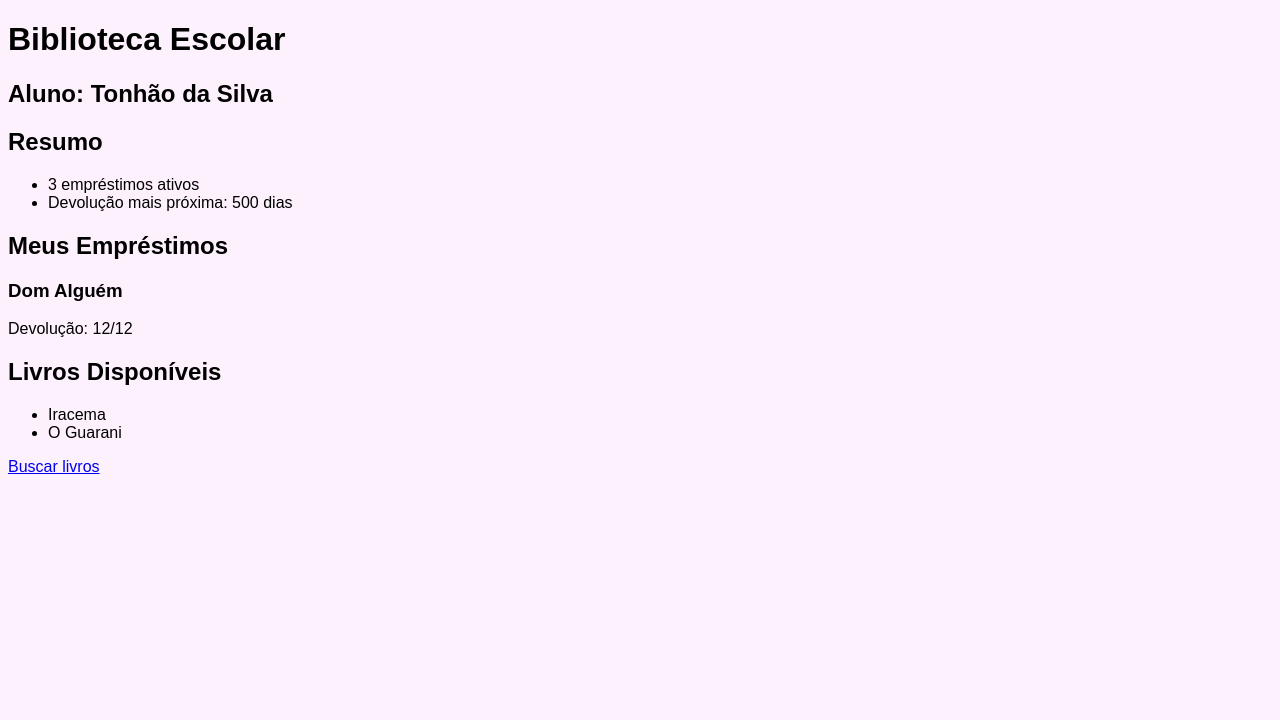
Repository: melloeduarda/html
Page: index.html
The author's editor kept a copy of each file at every save. The page is drawn from the files as they stood at one save, then again after a run of saves.
The browser window is 1280 px wide. The pictures show the whole page.

Above is the page before, as saved 2026-10-28 16:37:23.

After the next 2 saves:
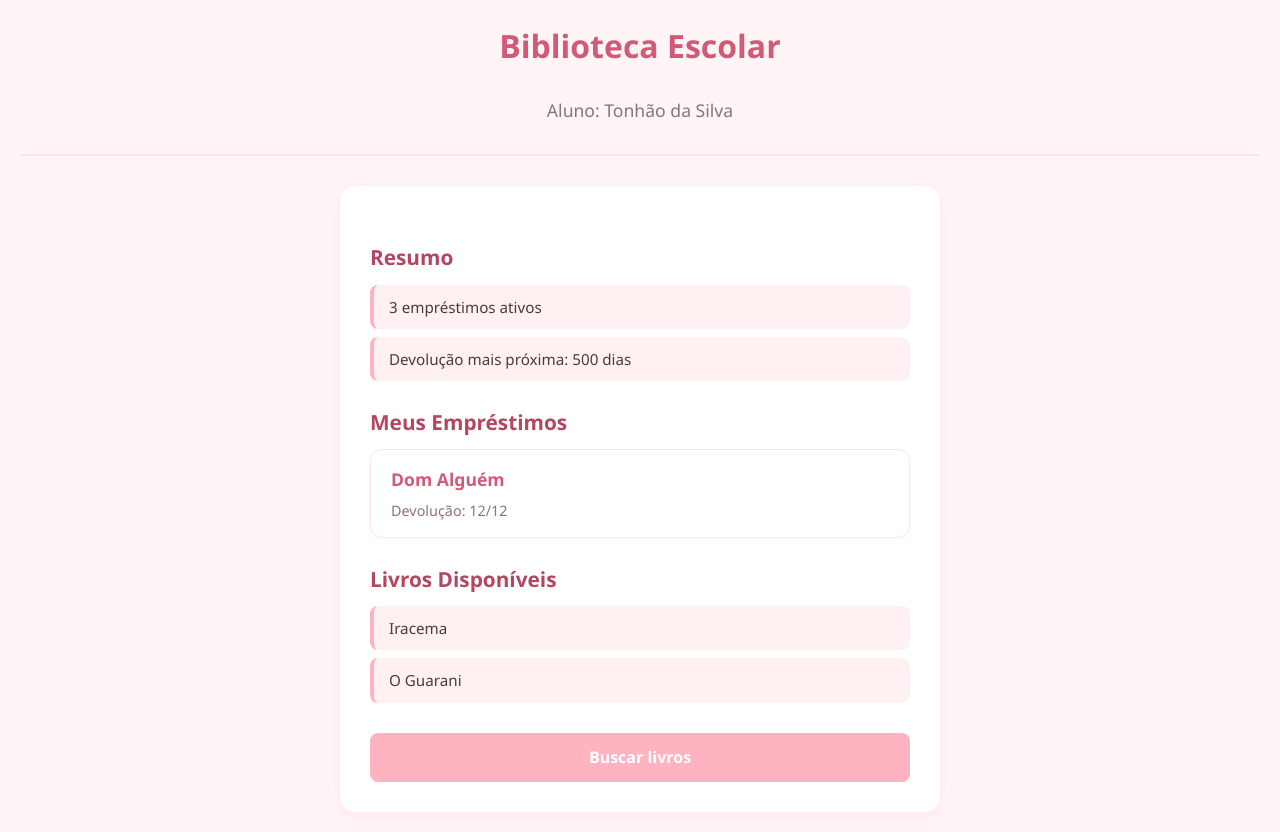
The 2 saves are shown as one change because they came seconds apart.
The last was saved 67 s later.
--- a/estilo.css
+++ b/estilo.css
@@ -1,4 +1,112 @@
+/* Configurações Globais */
+* {
+    margin: 0;
+    padding: 0;
+    box-sizing: border-box;
+    font-family: 'Segoe UI', Tahoma, Geneva, Verdana, sans-serif;
+}
+
 body {
-    font-family: sans-serif;
-    background-color: #FCF1FD;
+    background-color: #fff5f6; /* Rosa pastel bem claro */
+    color: #4a3b3c; /* Cinza escuro quente para boa leitura */
+    padding: 20px;
+    line-height: 1.6;
 }
+
+/* Container Principal */
+main {
+    max-width: 600px;
+    margin: 0 auto;
+    background: #ffffff;
+    padding: 30px;
+    border-radius: 16px;
+    box-shadow: 0 4px 15px rgba(240, 180, 190, 0.2); /* Sombra rosada suave */
+}
+
+/* Cabeçalho */
+header {
+    text-align: center;
+    margin-bottom: 30px;
+    border-bottom: 2px solid #ffe3e7;
+    padding-bottom: 20px;
+}
+
+header h1 {
+    color: #d15b76; /* Rosa marcante */
+    font-size: 2rem;
+    margin-bottom: 5px;
+}
+
+header h2 {
+    color: #8c7377;
+    font-size: 1.1rem;
+    font-weight: 400;
+}
+
+/* Títulos das Seções */
+h2 {
+    color: #b34760; /* Rosa médio */
+    font-size: 1.3rem;
+    margin: 25px 0 10px 0;
+}
+
+/* Listas */
+ul {
+    list-style-type: none;
+    margin-bottom: 15px;
+}
+
+ul li {
+    background: #fff0f2; /* Fundo rosa bem suave para os itens */
+    margin-bottom: 8px;
+    padding: 10px 15px;
+    border-radius: 8px;
+    border-left: 4px solid #ffb3c1; /* Detalhe em rosa na esquerda */
+    font-size: 0.95rem;
+}
+
+/* Card de Empréstimos */
+.card {
+    background: #ffffff;
+    border: 1px solid #ffe3e7;
+    padding: 15px 20px;
+    border-radius: 12px;
+    box-shadow: 0 2px 8px rgba(0, 0, 0, 0.02);
+    margin-bottom: 20px;
+}
+
+.card h3 {
+    color: #d15b76;
+    font-size: 1.1rem;
+    margin-bottom: 5px;
+}
+
+.card p {
+    font-size: 0.9rem;
+    color: #8c7377;
+}
+
+/* Botão de Busca */
+.botão {
+    display: block;
+    width: 100%;
+    text-align: center;
+    background-color: #ffb3c1; /* Rosa claro principal */
+    color: #ffffff;
+    text-decoration: none;
+    padding: 12px;
+    border-radius: 8px;
+    font-weight: bold;
+    margin-top: 30px;
+    transition: background-color 0.3s ease, transform 0.1s ease;
+}
+
+/* Efeito ao passar o mouse no botão */
+.botão:hover {
+    background-color: #e69da9; /* Tom de rosa ligeiramente mais escuro */
+}
+
+/* Efeito ao clicar no botão */
+.botão:active {
+    transform: scale(0.98);
+}
